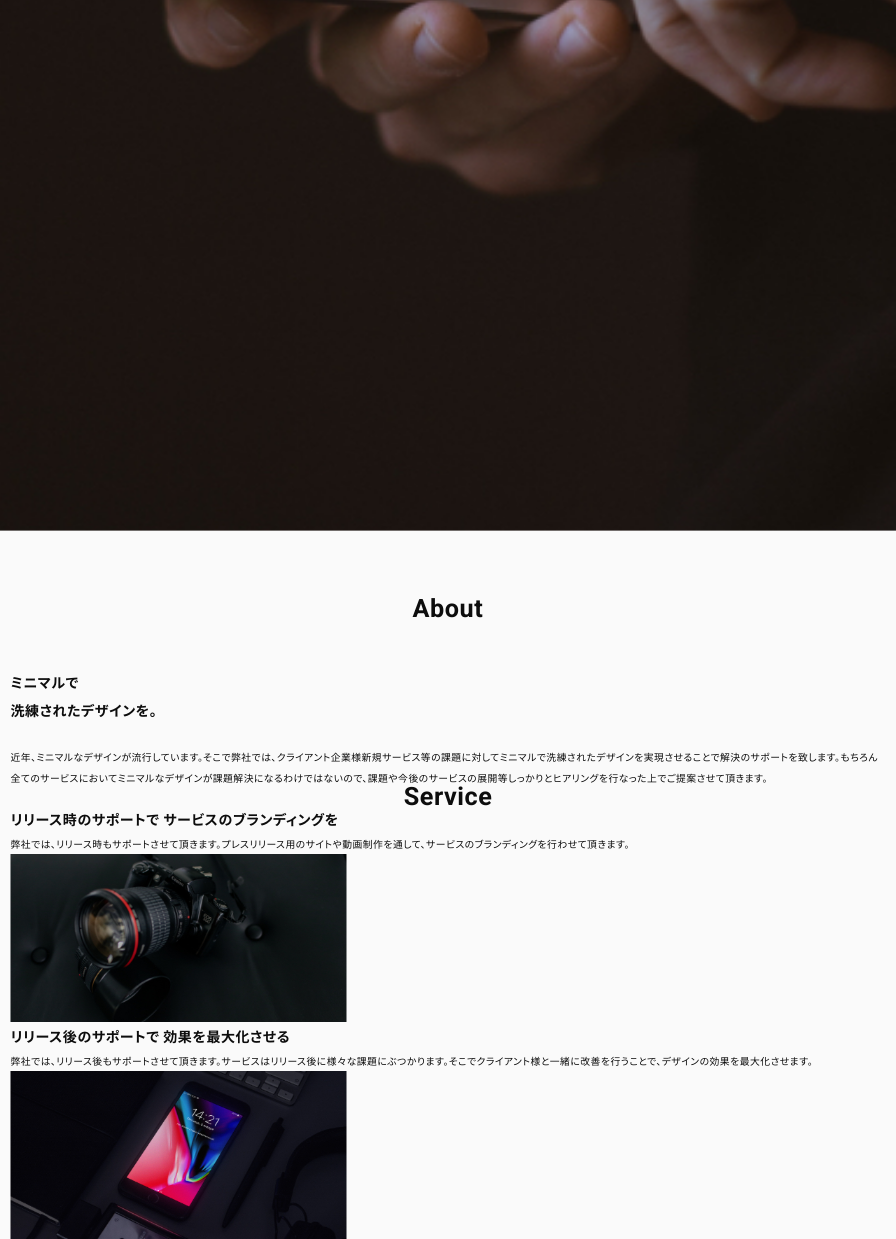
Repository: hatarakimono-kumasan/kurisuta_1st
Page: index.html
The author's editor kept a copy of each file at every save. The page is drawn from the files as they stood at one save, then again after the next save.
The browser window is 1280 px wide. The pictures show the part of the page from y = 1330 to 3250 px (the page is 3100 px tall before and 3250 px after), at 70% of full size.
Some web libraries are served in a nearby version. The style sheet was rebuilt from its Sass, Less or Tailwind sources for each picture, by a compiler version that may differ from the author's.

Above is the page before, as saved 2020-05-15 08:40:53.

After the next save:
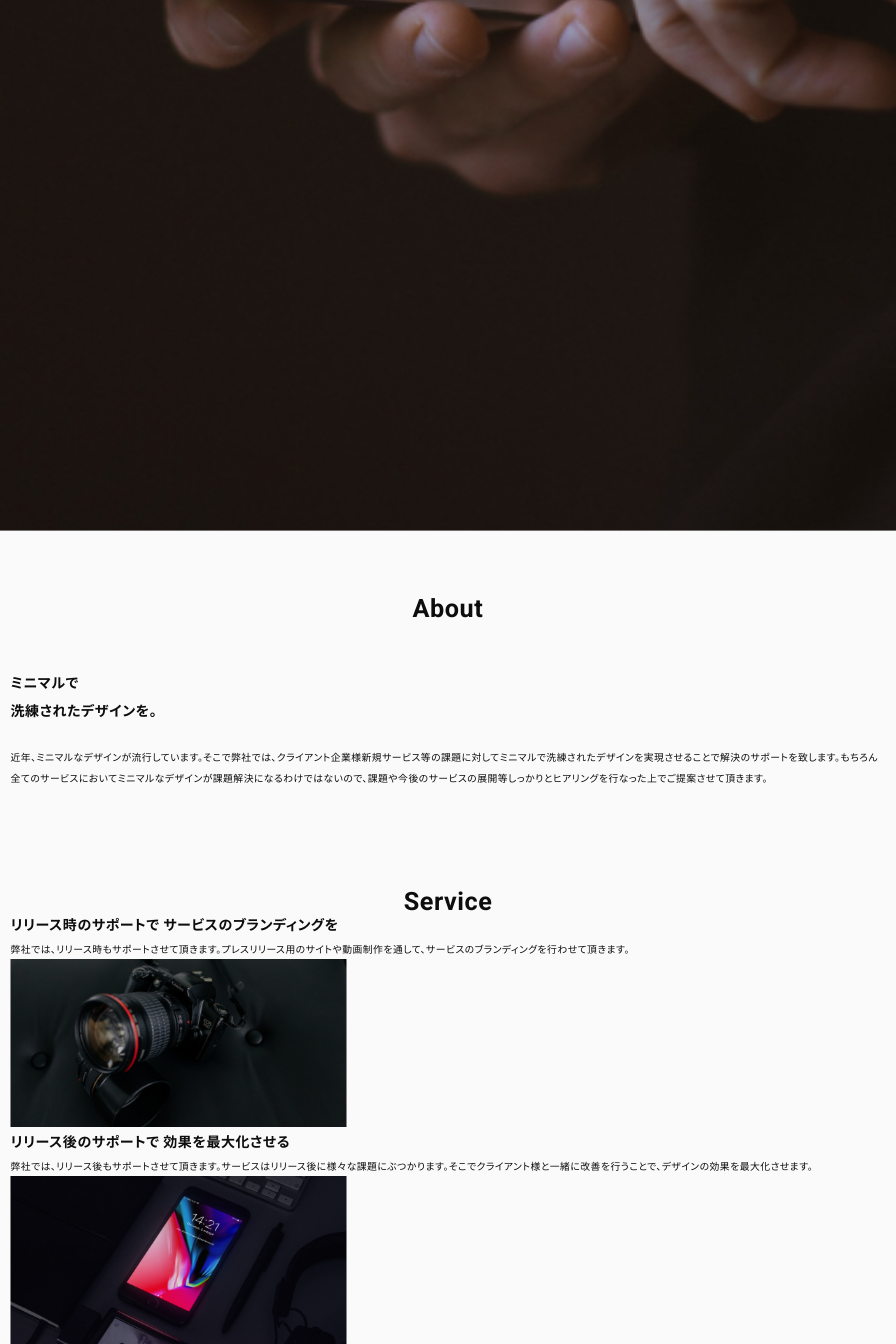
Saved 56 s later.
--- a/scss/layout/_main.scss
+++ b/scss/layout/_main.scss
@@ -46,4 +46,7 @@ about
 	h3 {
 		margin-bottom: 3.1rem;
 	}
+	p {
+		margin-bottom: 15rem;
+	}
 }
